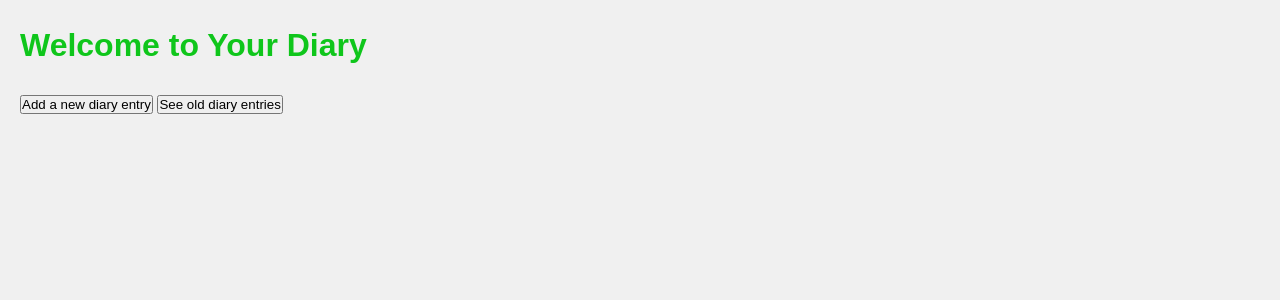
Repository: Javimetro/UniZen
Page: client/public/menu.html
An editor plug-in stored every save of this project. The page is shown before and after the next save, followed by the edit.
The browser window is 1280 px wide. The pictures show the whole page.

Above is the page before, as saved 2024-03-04 15:07:07.
Console error (its wording comes from the project's code and is left out).

### client/public/menu.html
<!DOCTYPE html>
<html>
<head>
    <meta charset="UTF-8">
    <meta name="viewport" content="width=device-width, initial-scale=1.0">
    <title>Menu</title>
    <link rel="stylesheet" href="/styles/style.css"> <!-- Link to CSS file -->
    <link rel="icon" href="/public/assets/images/favicon.ico" type="image/x-icon">
</head>
<body>
  <h1>Welcome to Your Diary</h1>
  <button id="newEntry">Add a new diary entry</button>
  <button id="oldEntries">See old diary entries</button>

  <script type="module" src="/src/services/menu.js"></script>
</body>
</html>

### client/public/styles/style.css
/* Basic Reset */
* {
  margin: 0;
  padding: 0;
  box-sizing: border-box;
}

body {
  font-family: 'Arial', sans-serif;
  background-color: #f0f0f0;
  color: #333;
  line-height: 1.6;
  padding: 20px;
}

h1 {
  color: #0fc61b;
  margin-bottom: 20px;
}



p {
  margin-bottom: 20px;
}

#kissaContainer {
  max-width: 800px;
  display: flex;
  flex-direction: column;
  margin: auto;
  background: #fff;
  padding: 20px;
  border-radius: 8px;
  box-shadow: 0 2px 4px rgba(0, 0, 0, 0.1);
}
.card-area {
  display: flex;
  flex-direction: row;
}
.card {
  display: flex; /* Use flexbox layout */
  border: 1px solid #ccc; /* Optional: Add border for visual separation */
  border-radius: 5px; /* Optional: Add border radius for rounded corners */
}

.card-img {
  flex: 1; /* Make the image container grow to fill available space */
  padding: 10px; /* Optional: Add padding for spacing */
}

.card-img img {
  width: 100%; /* Make the image fill the container */
  border-radius: 5px; /* Optional: Add border radius for rounded corners */
}

.card-diary {
  flex: 2; /* Make the diary entry container grow to fill available space */
  padding: 10px; /* Optional: Add padding for spacing */
}

### client/src/services/menu.js
// menu.js
import { createDiaryCards, createEntryForm, createNewDiv } from '../utils/renderContainer.js';

window.onload = function() {
  var contentDiv = document.createElement('div');
  contentDiv.id = 'content';
  document.body.appendChild(contentDiv);
};


// this function should be move to other file and import it from there to here
document.getElementById('newEntry').addEventListener('click', createNewDiv('New Entry', createEntryForm('content')));


document.getElementById('oldEntries').addEventListener('click', createNewDiv('Old diary entries', createDiaryCards('content')));

### client/src/utils/renderContainer.js
import { getDiaryEntries } from '../services/diaryService.js';

const createDiaryCards = async function(parentId) { // parentId as parametrer, so function can be reused
  try {
    const diaryData = await getDiaryEntries();

    const section = document.createElement('section');
    section.classList.add('card-area');

    diaryData.forEach((entry, index) => {
      const card = document.createElement('div');
      card.classList.add('card');

      const diaryContainer = document.createElement('div');
      diaryContainer.classList.add('card-diary');
      const title = document.createElement('h4');
      title.textContent = `Diary card ${index + 1}`;
      const description = document.createElement('p');
      description.textContent = entry.notes;
      const mood = document.createElement('p');
      mood.textContent = `Mood: ${entry.mood}`;
      const weight = document.createElement('p');
      weight.textContent = `Weight: ${entry.weight}`;
      const sleep = document.createElement('p');
      sleep.textContent = `Sleep hours: ${entry.sleep_hours}`;

      diaryContainer.appendChild(title);
      diaryContainer.appendChild(description);
      diaryContainer.appendChild(mood);
      diaryContainer.appendChild(weight);
      diaryContainer.appendChild(sleep);

      card.appendChild(diaryContainer);

      section.appendChild(card);
    });

    const parent = document.getElementById(parentId);
    const h3Element = document.createElement('h3');
    parent.appendChild(h3Element);
    parent.insertBefore(section, h3Element.nextSibling);

  } catch (error) {
    console.error('Error creating diary cards with fetch:', error);
  }
}

//function to create the form for input data to "new entry". Is used when user clicks "add a new diary entry"

const createEntryForm = function(parentId) {

  var contentDiv = document.getElementById('content');
  contentDiv.innerHTML = ''; // Clear the content div
  var h2 = document.createElement('h2');
  h2.textContent = 'New Entry';
  var form = document.createElement('form');

  // Create form fields
  var userId = document.createElement('input');
  userId.setAttribute('type', 'text');
  userId.setAttribute('name', 'user_id');
  userId.setAttribute('placeholder', 'User ID');

  var entryDate = document.createElement('input');
  entryDate.setAttribute('type', 'date');
  entryDate.setAttribute('name', 'entry_date');

  var mood = document.createElement('input');
  mood.setAttribute('type', 'text');
  mood.setAttribute('name', 'mood');
  mood.setAttribute('placeholder', 'Mood');

  var weight = document.createElement('input');
  weight.setAttribute('type', 'number');
  weight.setAttribute('name', 'weight');
  weight.setAttribute('placeholder', 'Weight');

  var sleepHours = document.createElement('input');
  sleepHours.setAttribute('type', 'number');
  sleepHours.setAttribute('name', 'sleep_hours');
  sleepHours.setAttribute('placeholder', 'Sleep Hours');

  var notes = document.createElement('textarea');
  notes.setAttribute('name', 'notes');

  // Add form fields to form
  form.appendChild(userId);
  form.appendChild(entryDate);
  form.appendChild(mood);
  form.appendChild(weight);
  form.appendChild(sleepHours);
  form.appendChild(notes);

  // Add form to content div
  contentDiv.appendChild(h2);
  contentDiv.appendChild(form);

  const parent = document.getElementById(parentId);
  const h3Element = document.createElement('h3');
  parent.appendChild(h3Element);
  parent.insertBefore(section, h3Element.nextSibling);
}

export { createDiaryCards, createEntryForm }

### client/src/services/diaryService.js
const getDiaryEntries = async function() {
    const token = localStorage.getItem('token');
    //console.log(token);
    const response = await fetch('http://localhost:3000/api/entries', {
      headers: {
        'Authorization': 'Bearer ' + token
      }
    })
    if (!response.ok) {
      throw new Error('Failed to fetch diary entries');
    }

      return response.json();
    };
export { getDiaryEntries };

//todo: const postNewEntry = async function() {....}

After the next save:
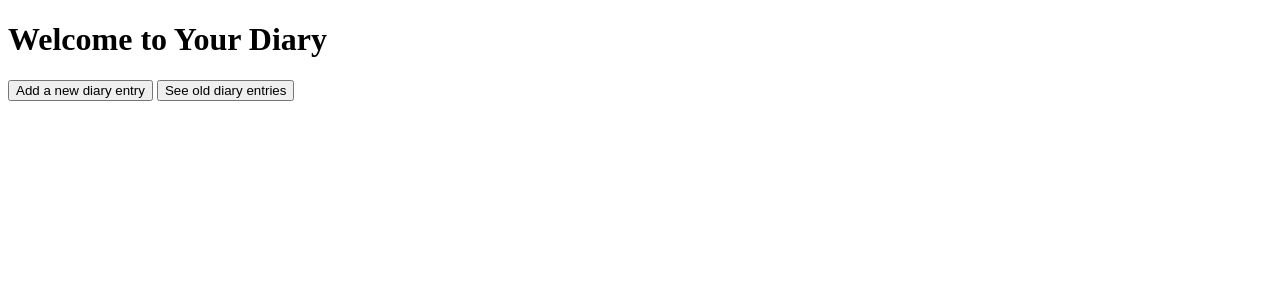
Saved 43 s later.
--- a/client/public/menu.html
+++ b/client/public/menu.html
@@ -4,7 +4,7 @@
     <meta charset="UTF-8">
     <meta name="viewport" content="width=device-width, initial-scale=1.0">
     <title>Menu</title>
-    <link rel="stylesheet" href="/styles/style.css"> <!-- Link to CSS file -->
+    <link rel="module" href="/styles/style.css"> <!-- Link to CSS file -->
     <link rel="icon" href="/public/assets/images/favicon.ico" type="image/x-icon">
 </head>
 <body>
